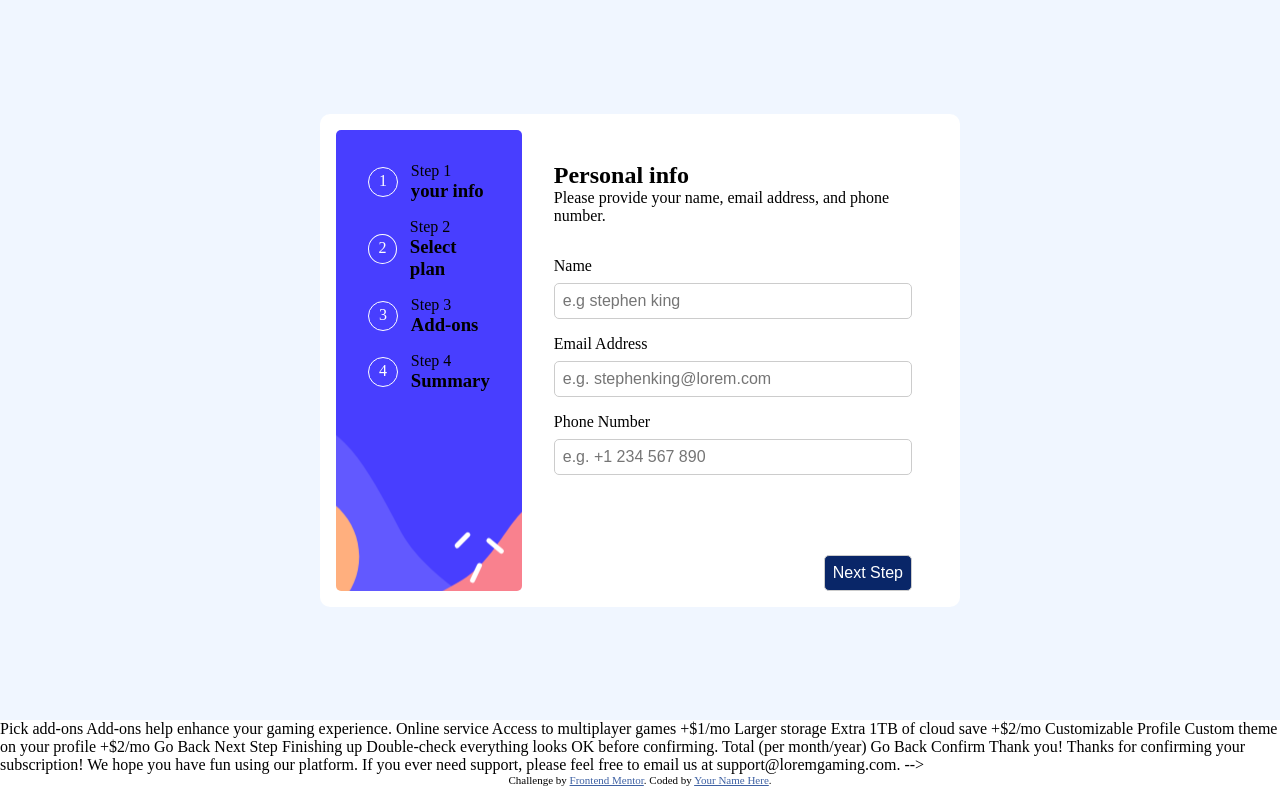
Repository: reemoon-ctrl/reemoon-ctrl.github.io
Page: index.html
These files come from the project's save history. The page is drawn as it stood at one moment and after the next save; the edit follows.
The browser window is 1280 px wide. The pictures show the whole page.

Above is the page before, as saved 2025-04-29 10:03:00.

### index.html
<!DOCTYPE html>
<html lang="en">

<head>
  <meta charset="UTF-8">
  <meta name="viewport" content="width=device-width, initial-scale=1.0">
  <!-- displays site properly based on user's device -->

  <link rel="icon" type="image/png" sizes="32x32" href="./assets/images/favicon-32x32.png">
  <link rel="stylesheet" href="./style.css">
  <title>Frontend Mentor | Multi-step form</title>

  <!-- Feel free to remove these styles or customise in your own stylesheet 👍 -->
  <style>
    .attribution {
      font-size: 11px;
      text-align: center;
    }

    .attribution a {
      color: hsl(219, 45%, 44%);
    }
  </style>
</head>

<body>
  <div class="containerCenter">
    <div class="container">
      <div class="sidebar">
        <ul class="sidebarList">
          <li class="sidebar_ele">
            <div>1</div>
            <div>
              <p>Step 1</p>
              <h3>your info</h3>
            </div>
          </li>
          <li class="sidebar_ele">
            <div>2</div>
            <div>
              <p> Step 2</p>
              <h3>Select plan</h3>
            </div>

          </li>
          <li class="sidebar_ele">
            <div>3</div>
            <div>
              <p>Step 3</p>
              <h3>Add-ons</h3>
            </div>
          </li>
          <li class="sidebar_ele">
            <div>4</div>
            <div>
              <p>Step 4</p>
              <h3>Summary</h3>
            </div>

          </li>
        </ul>
      </div>
      <div class="main">
        <div class="formHeader">
          <h2>Personal info</h2>
          <p>Please provide your name, email address, and phone number.
          </p>
        </div>
        <form class="formContainer">
          <div class="formLabelInput">
            <label for="name">Name</label>
            <input type="text" id="name" name="name" placeholder="e.g stephen king">
          </div>
          <div class="formLabelInput">
            <label for="email">Email Address</label>
            <input type="email" id="email" name="email" placeholder="e.g. stephenking@lorem.com">
          </div>
          <div class="formLabelInput">
            <label for="phone">Phone Number</label>
            <input type="tel" name="phone number" placeholder="e.g. +1 234 567 890">
          </div>
          <div id="nextStep">
            <!-- <label for="username">Username:</label> -->
            <button type="button" id="nextStepbtn" name="next step">Next Step</button>
          </div>
        </form>

        <!-- Step 1 end -->
      </div>

    </div>
  </div>

  <!-- Sidebar start -->



  <!-- Sidebar end -->



  <!-- Step 2 start -->
  <!--
  Select your plan
  You have the option of monthly or yearly billing.

  Arcade
  $9/mo

  Advanced
  $12/mo

  Pro
  $15/mo

  Monthly
  Yearly

  Go Back
  Next Step

  <!-- Step 2 end -->

  <!-- Step 3 start -->

  Pick add-ons
  Add-ons help enhance your gaming experience.

  Online service
  Access to multiplayer games
  +$1/mo

  Larger storage
  Extra 1TB of cloud save
  +$2/mo

  Customizable Profile
  Custom theme on your profile
  +$2/mo

  Go Back
  Next Step

  <!-- Step 3 end -->

  <!-- Step 4 start -->

  Finishing up
  Double-check everything looks OK before confirming.

  <!-- Dynamically add subscription and add-on selections here -->

  Total (per month/year)

  Go Back
  Confirm

  <!-- Step 4 end -->

  <!-- Step 5 start -->

  Thank you!

  Thanks for confirming your subscription! We hope you have fun
  using our platform. If you ever need support, please feel free
  to email us at support@loremgaming.com. -->

  <!-- Step 5 end -->

  <div class="attribution">
    Challenge by <a href="https://www.frontendmentor.io?ref=challenge" target="_blank">Frontend Mentor</a>.
    Coded by <a href="#">Your Name Here</a>.
  </div>
</body>

</html>

### style.css
*{
    padding: 0;
    margin: 0;
    box-sizing:border-box;
}
.container{
    background: #ffffff;
    display: grid;
    grid-template-columns: 1fr 3fr;
    padding: 1rem;
    width:50%;
    height:fit-content;
    align-items: center;
    justify-content: center;
    align-content: center;;
    justify-items:center ;
    z-index: 100;
    /* margin-top: 25%; */
    border-radius: 10px;

}
.containerCenter{
    height:100vh;
    display: flex;
    justify-content: center;
    align-items: center;
    align-content: center;
    background-color: #f0f6ff;
}
.main{
    padding: 2rem 2rem 0 2rem;
    display: grid;
}
.sidebar{
    border-radius: 5px;
    height:100% ;
    padding: 2rem;
    background:no-repeat url(./assets/images/bg-sidebar-desktop.svg) center ;
}
.sidebarList{
    list-style: none;
    display: flex;
    flex-direction: column;
    gap: 1rem;
    justify-content: space-between;
    /* height: 100%; */
}
.sidebar_ele{
    display: flex;
    /* align-content:stretch; */
    gap: .8rem;
    align-items: center;
}
.sidebar_ele>div:first-child{
    width: 30px;
    height:30px;
    /* background-color: #adbeff; */
    border: 1px solid #ffffff;
    border-radius: 50%;
    text-align: center;
    padding: .3rem .5rem .3rem .5rem ;
    color:#fff;
}
.sidebar_ele>div:last-child{

}
.formContainer{
    display: grid;
    grid-template-columns:1fr ;
    gap:1rem ;
}
.formHeader{
    padding-bottom: 2rem;
}
.formLabelInput{
    display: flex;
    flex-direction: column;
    gap:.5rem;
}
#nextStep{
    display: flex;
    justify-content:flex-end;
    align-items: center;
    /* background-color: #bff2f6; */
    padding-top: 4rem;
}
#nextStepbtn{
    padding: .5rem;
    border-radius: 5px;
    border: 1px solid #ccc;
    background-color: #092668;
    color: #fff;
    font-size: 1rem;
    /* color: #333; */
    cursor: pointer;
}
.formLabelInput>input{
    padding: .5rem;
    border-radius: 5px;
    border: 1px solid #ccc;
    background-color: #fff;
    font-size: 1rem;
    color: #333;
}

After the next save:
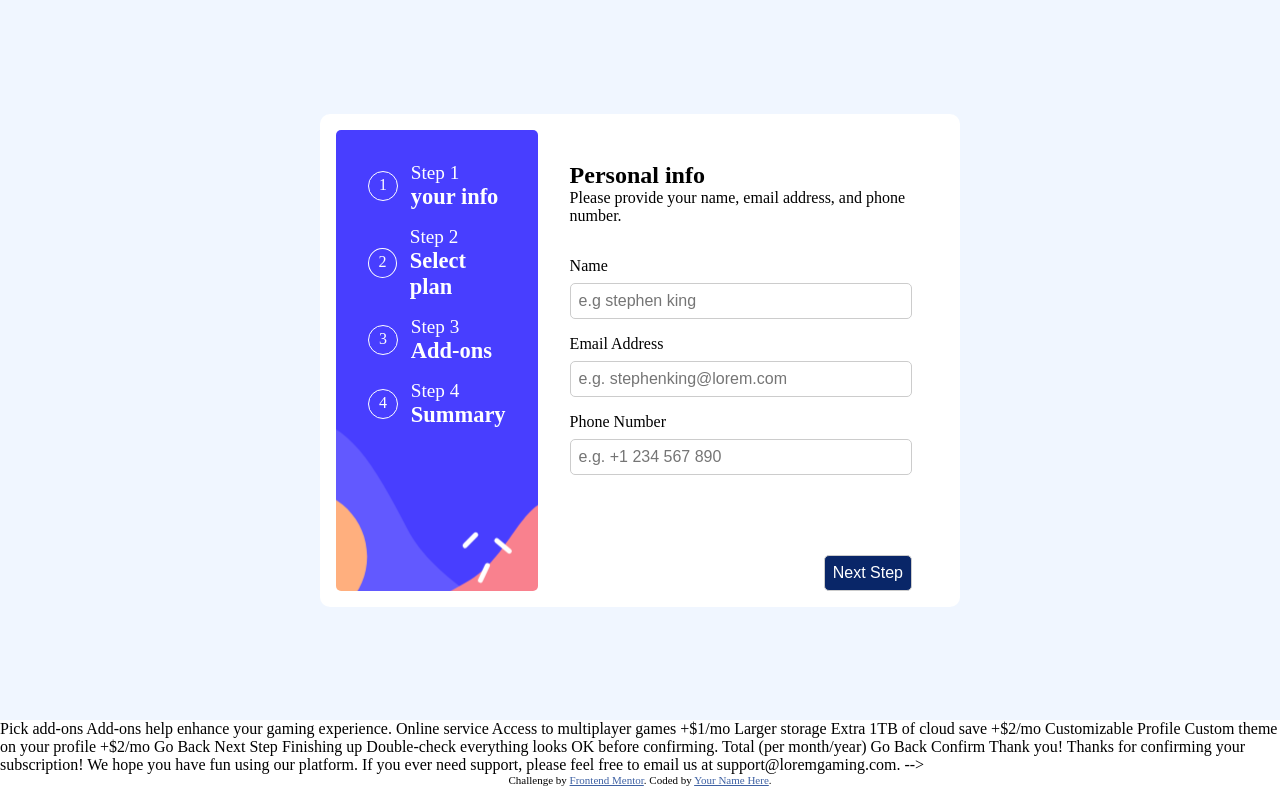
Saved 7 s later.
--- a/style.css
+++ b/style.css
@@ -62,7 +62,8 @@
     color:#fff;
 }
 .sidebar_ele>div:last-child{
-
+    font-size: 1.2rem;
+    color: #fff;
 }
 .formContainer{
     display: grid;

After the save that followed:
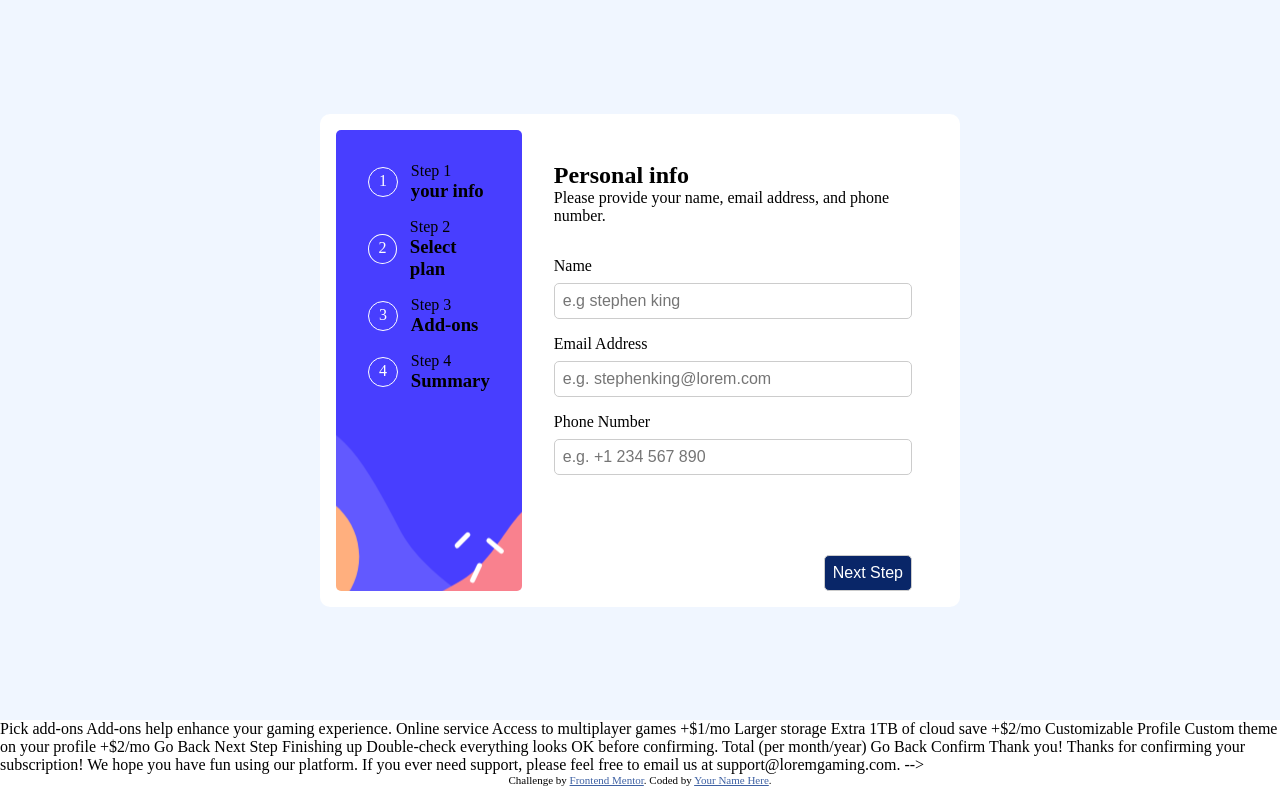
Saved 8 s later.
--- a/style.css
+++ b/style.css
@@ -61,7 +61,7 @@
     padding: .3rem .5rem .3rem .5rem ;
     color:#fff;
 }
-.sidebar_ele>div:last-child{
+.sidebar_ele>div:last-child:p{
     font-size: 1.2rem;
     color: #fff;
 }
